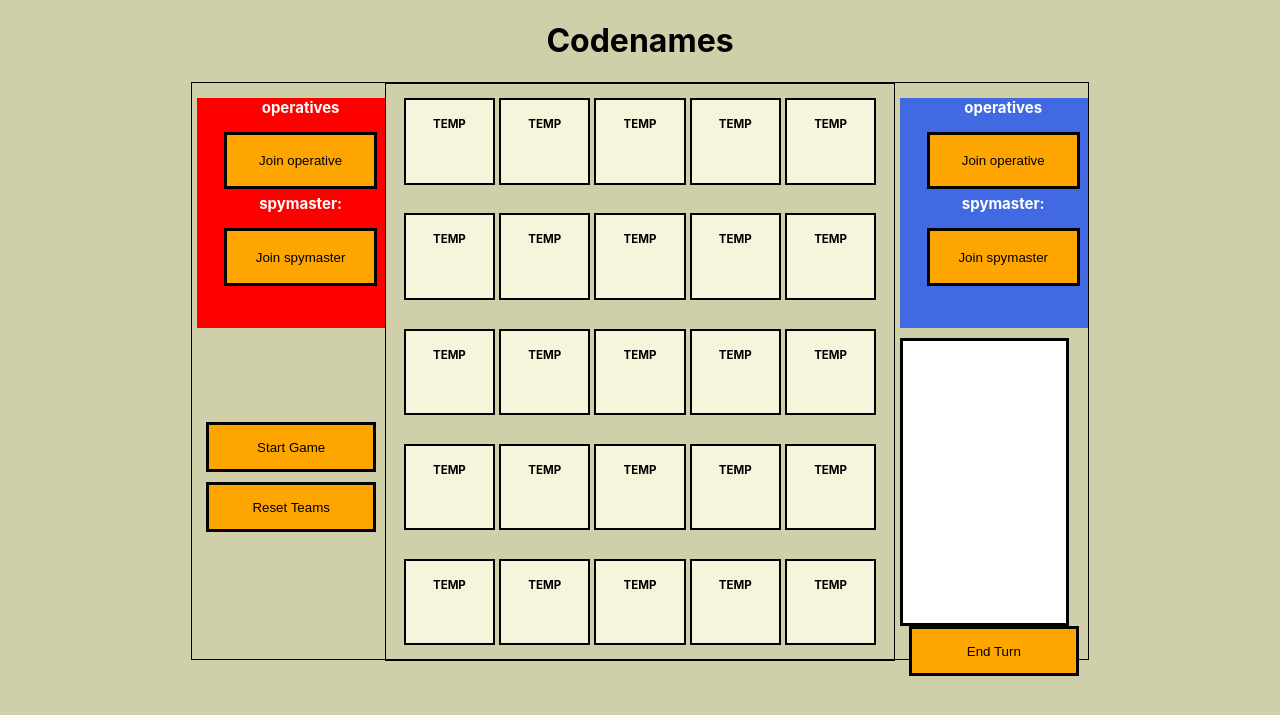
Repository: alcarrizo/Codenames-Fullstack
Page: / (app in client/)
The author's editor kept a copy of each file at every save. The page is drawn from the files as they stood at one save, then again after the next save.
The browser window is 1280 px wide. The pictures show the whole page.
The project was rebuilt for these pictures with package versions that can differ from the ones it lists, and the page was loaded fresh each time. Imported but missing from the stored project, and not drawn on this page: client/src/reportWebVitals.

Above is the page before, as saved 2023-01-09 20:30:45.

After the next save:
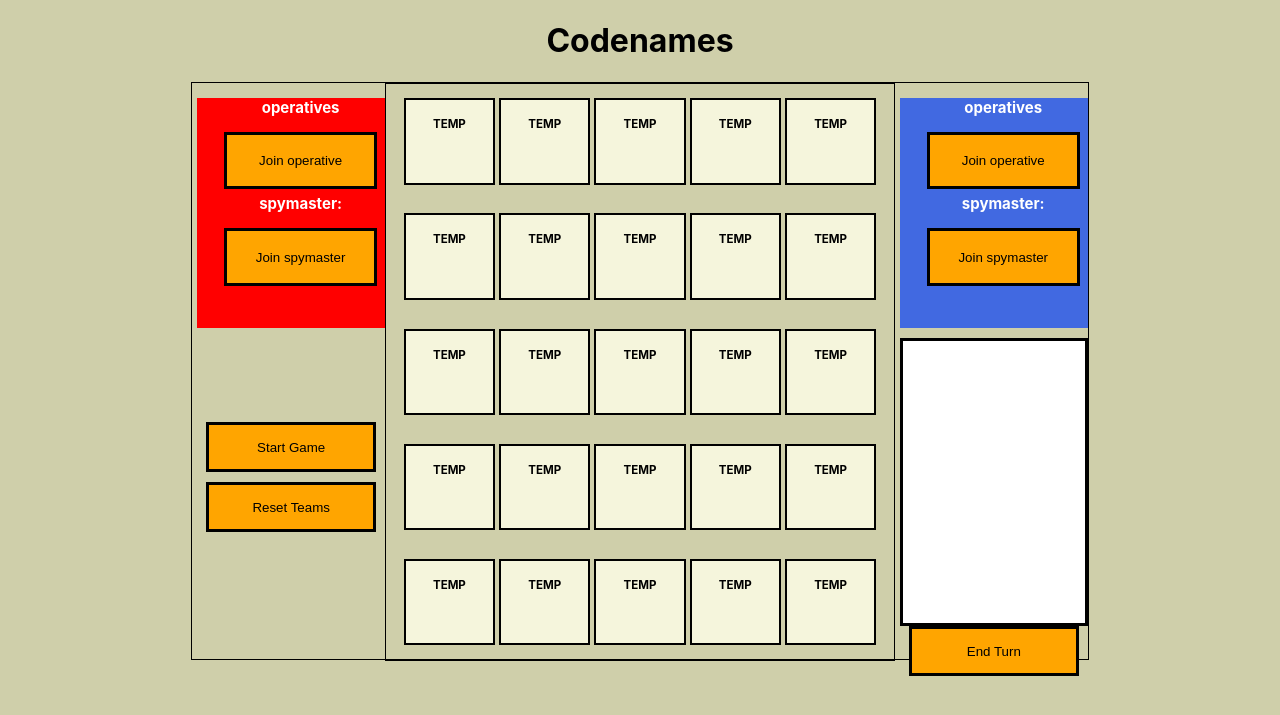
Saved 5 s later.
--- a/client/src/css/styles.css
+++ b/client/src/css/styles.css
@@ -167,7 +167,7 @@ body.blue {
 
 .clue-log {
     color: black;
-    width: 90%;
+    width: 100%;
     height: 50%;
     margin-top: 10px;
     padding-left: 10px;
